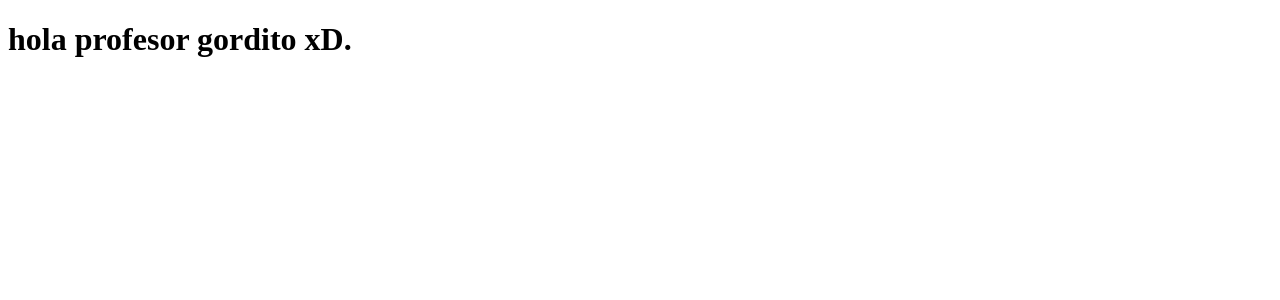
Repository: CalsiferSalvaje/myweb
Page: web.html
These files come from the project's save history. The page is drawn as it stood at one moment and after the next save; the edit follows.
The browser window is 1280 px wide. The pictures show the whole page.

Above is the page before, as saved 2024-10-11 22:12:58.

After the next save:
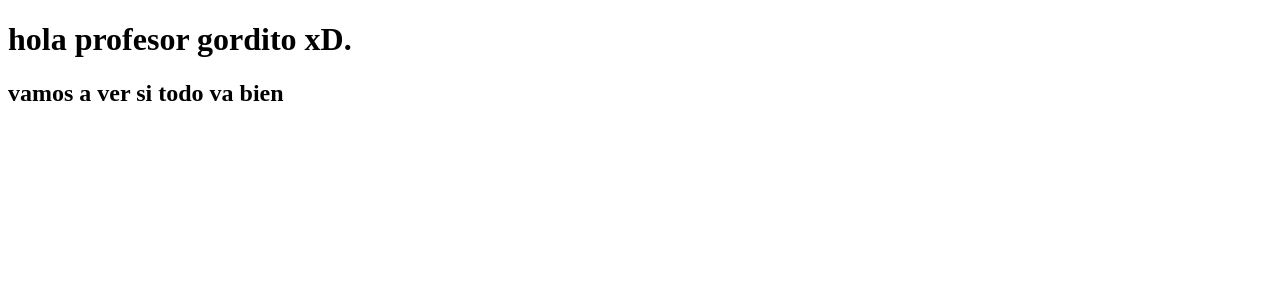
Saved 88 min 51 s later.
--- a/web.html
+++ b/web.html
@@ -9,6 +9,7 @@
             <h1>
                 hola profesor gordito xD.
             </h1>
+            <h2> vamos a ver si todo va bien </h2>
         </div>
     </body>
 </html>
